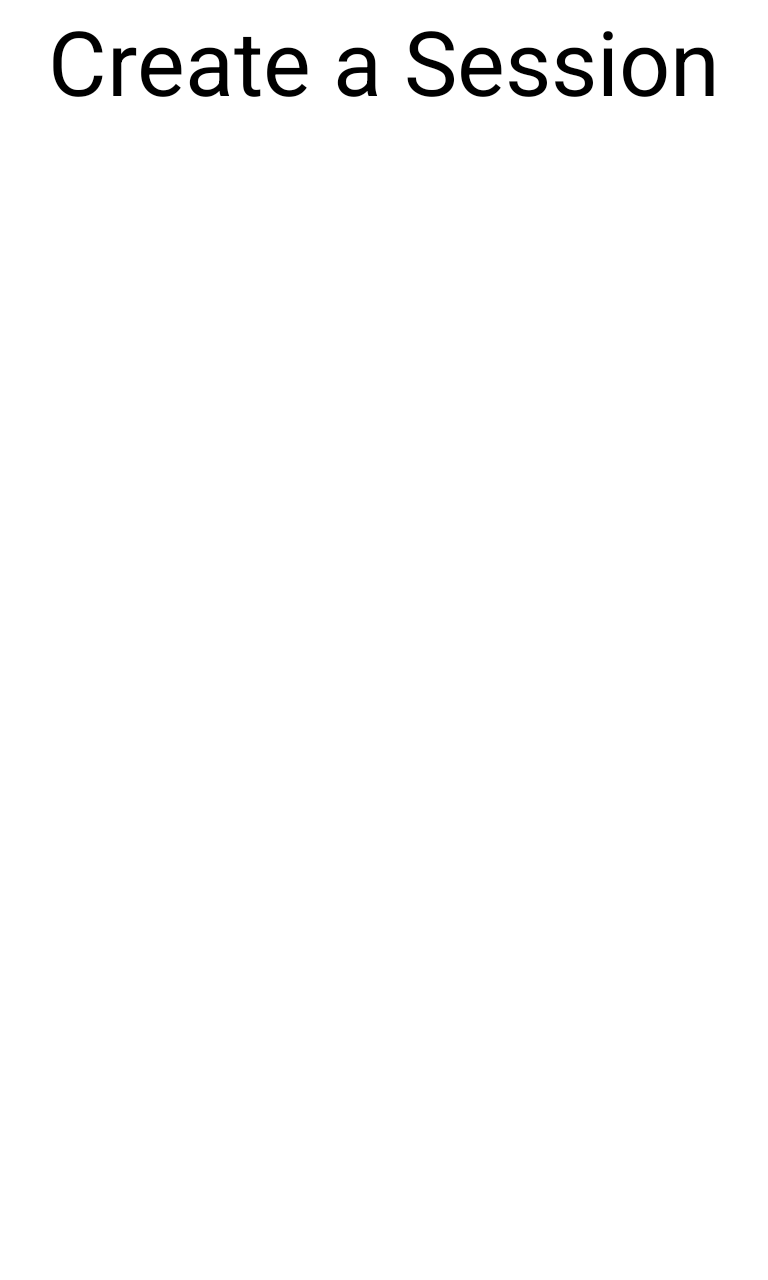
Repository: vnataraj/groupnote
Layout: GroupNote/res/layout/find_session.xml
These files come from the project's save history. The layout is drawn as it stood at one moment and after the next save; the edit follows.
It is drawn on a 768 x 1280 px phone screen (xhdpi) without system bars, with theme AppTheme; the app's code is not run. Lists and similar views that code fills are empty.

Above is the layout before, as saved 2013-03-19 20:11:28.

### GroupNote/res/layout/find_session.xml
<RelativeLayout xmlns:android="http://schemas.android.com/apk/res/android"
    xmlns:tools="http://schemas.android.com/tools"
    android:layout_width="match_parent"
    android:layout_height="match_parent"
    tools:context=".MainActivity" >

    <TextView
        android:id="@+id/textView1"
        android:layout_width="match_parent"
        android:layout_height="wrap_content"
        android:layout_alignParentLeft="true"
        android:layout_alignParentTop="true"
        android:gravity="center_horizontal"
        android:text="Create a Session"
        android:textAppearance="?android:attr/textAppearanceLarge"
        android:textSize="45sp" />



</RelativeLayout>

Loaded but not shown: GroupNote/res/values/styles.xml (common file); GroupNote/res/values-v11/styles.xml (common file); GroupNote/res/values-v14/styles.xml (common file)

After the next save:
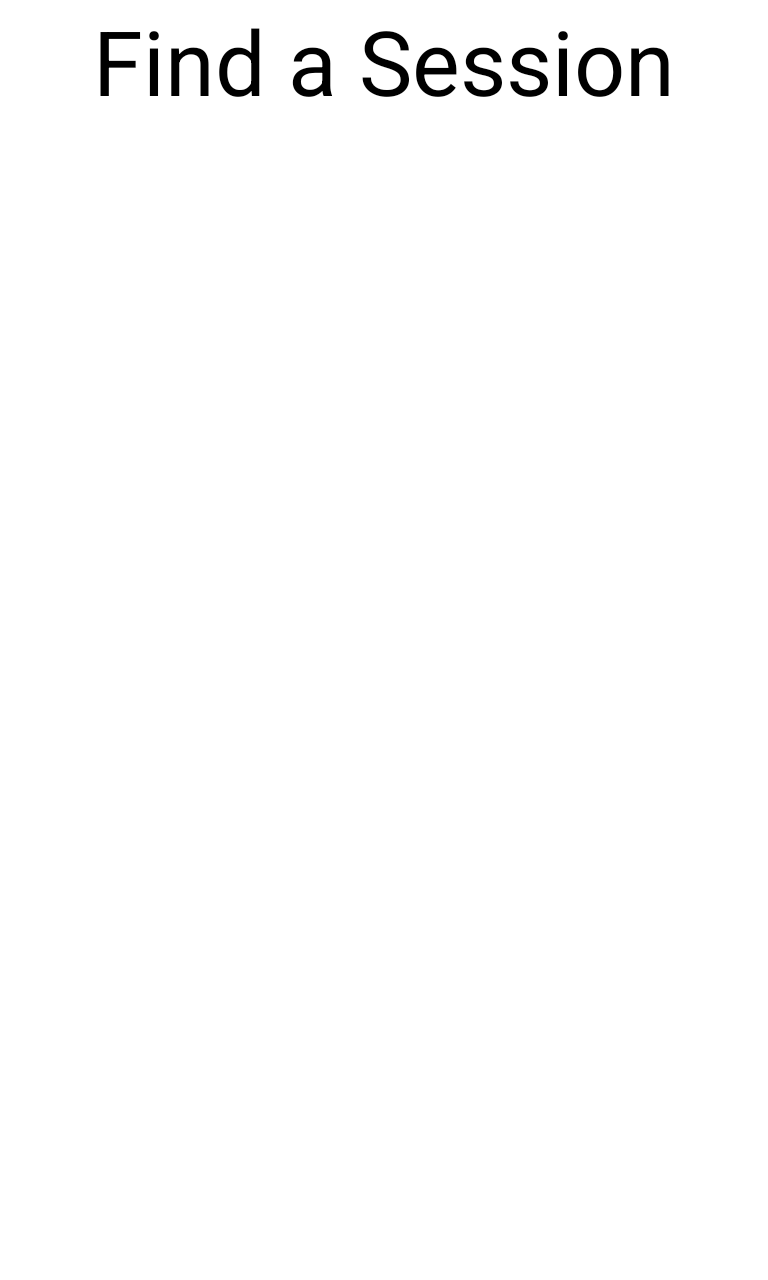
Saved 4 min 39 s later.
--- a/GroupNote/res/layout/find_session.xml
+++ b/GroupNote/res/layout/find_session.xml
@@ -11,10 +11,16 @@
         android:layout_alignParentLeft="true"
         android:layout_alignParentTop="true"
         android:gravity="center_horizontal"
-        android:text="Create a Session"
+        android:text="Find a Session"
         android:textAppearance="?android:attr/textAppearanceLarge"
         android:textSize="45sp" />
 
-
+    <ListView
+        android:id="@+id/listView1"
+        android:layout_width="match_parent"
+        android:layout_height="wrap_content"
+        android:layout_alignParentLeft="true"
+        android:layout_alignParentTop="true" >
+    </ListView>
 
 </RelativeLayout>
